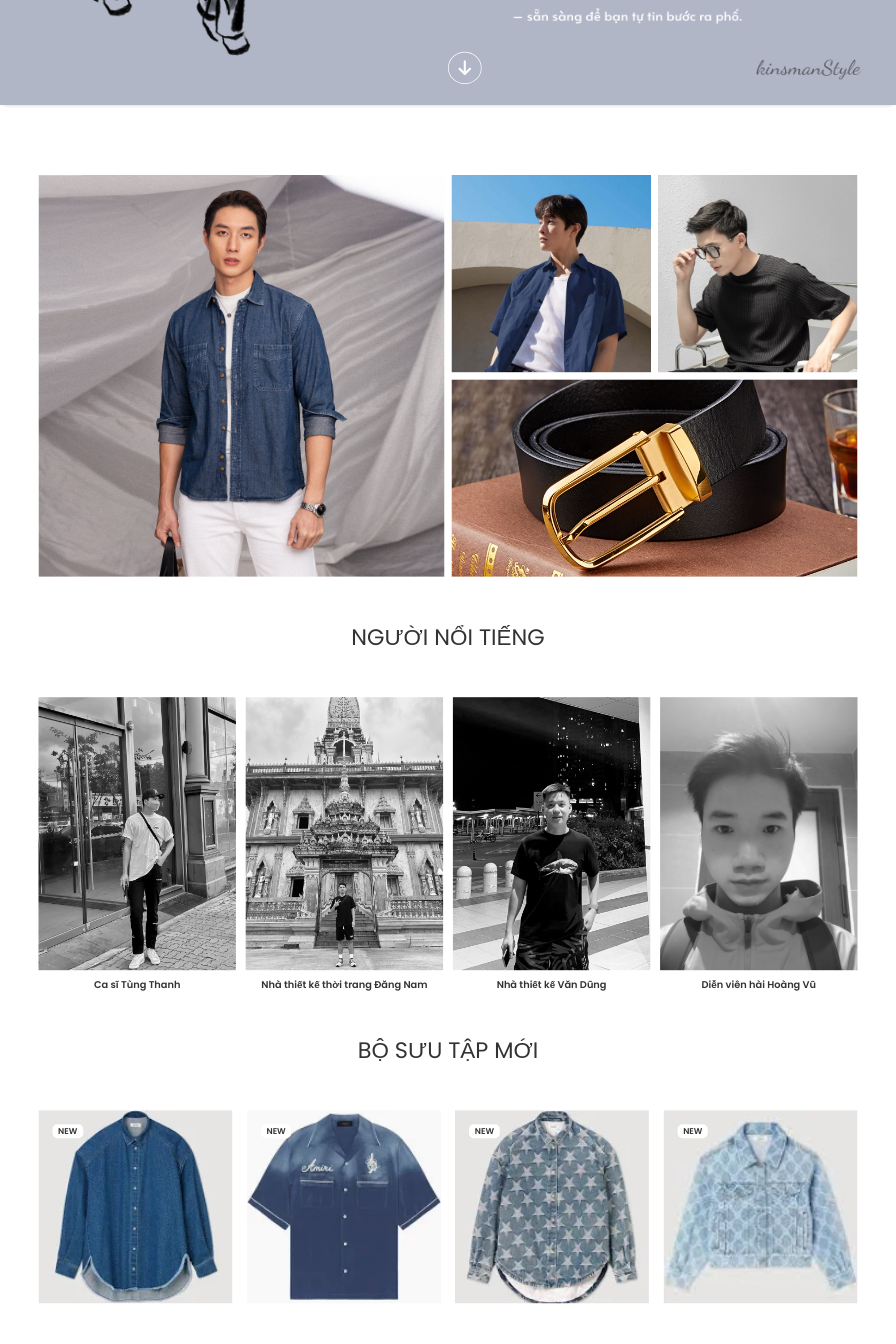
Repository: hoang28092000/kinsmanClothes
Page: index.html
The author's editor kept a copy of each file at every save. The page is drawn from the files as they stood at one save, then again after a run of saves.
The browser window is 1280 px wide. The pictures show the part of the page from y = 560 to 2480 px (the page is 5080 px tall), at 70% of full size.

Above is the page before, as saved 2025-05-07 01:06:40.

After the next 2 saves:
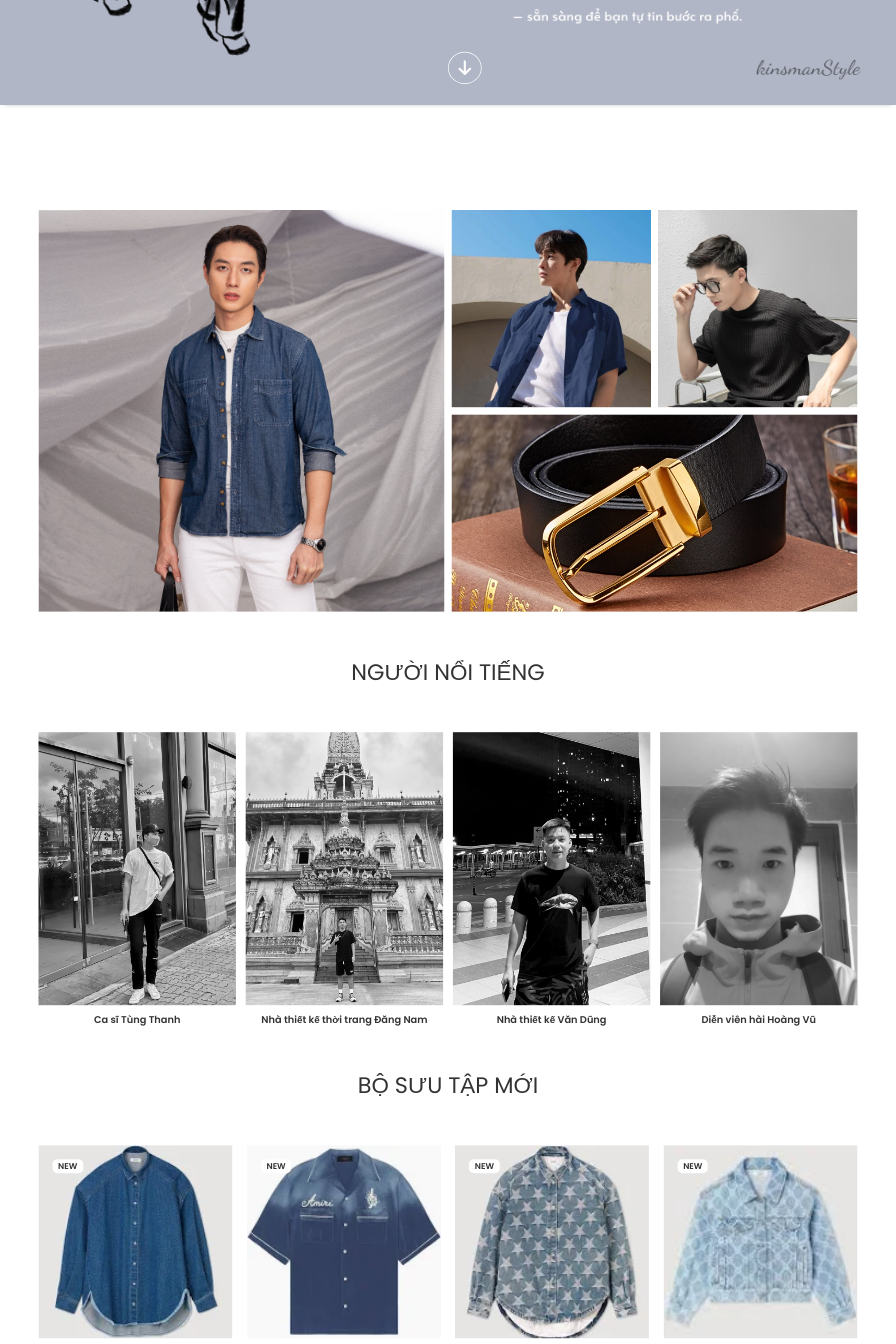
The 2 saves are shown as one change because they came seconds apart.
The last was saved 14 s later.
--- a/css/main.css
+++ b/css/main.css
@@ -136,7 +136,7 @@ header .logo img {
 }
 
 .category-list {
-  margin-top: 100px;
+  margin-top: 150px;
   display: grid;
   grid-template-columns: repeat(4, 1fr);
   grid-template-rows: repeat(2, 282px);
